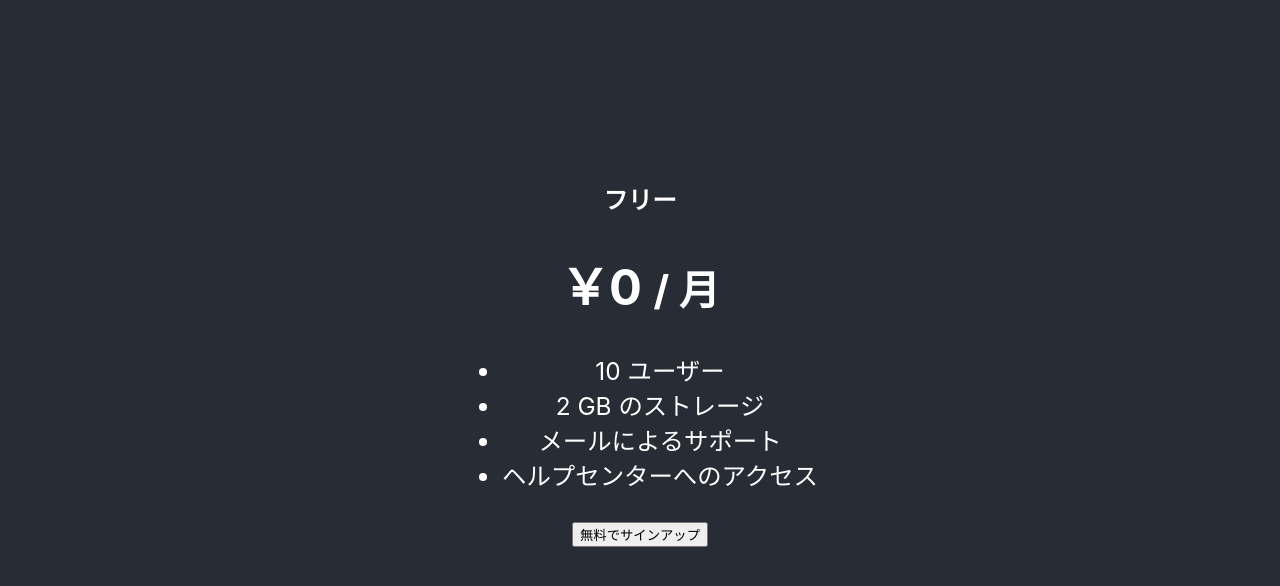
Repository: shotanobukuni/BooksManage
Page: / (app in frontend/app/)
The author's editor kept a copy of each file at every save. The page is drawn from the files as they stood at one save, then again after the next save.
The browser window is 1280 px wide. The pictures show the whole page.
The page's requests for data from a server got no answer. The project was rebuilt for these pictures with package versions that can differ from the ones it lists, and the page was loaded fresh each time. No one was signed in, and anything a server would have sent is missing.

Above is the page before, as saved 2021-02-23 22:23:43.

### frontend/app/src/App.js
import './App.css';
import BooskManageView from './components/BooskManageView';

function App() {
  return (
    <div className="App">
      <header className="App-header">
        <BooskManageView />
      </header>
    </div>
  );
}

export default App;

### frontend/app/src/components/BooskManageView.js
import React, {useState, useEffect} from 'react'
import axios from 'axios'

function BooskManageView() {
    // Get Books Data
    const [bookList, setBookList] = useState([])
    useEffect(() => {
        axios.get(`http://127.0.0.1:8000/api/books/`)
        .then(res => {setBookList(res.data)})
        console.log(bookList);
    }, [])
    return (
        <div>
            <div class="col">
      <div class="card mb-4 shadow-sm">
      <div class="card-header">
        <h4 class="my-0 fw-normal">フリー</h4>
      </div>
      <div class="card-body">
        <h1 class="card-title pricing-card-title">￥0 <small class="text-muted">/ 月</small></h1>
        <ul class="list-unstyled mt-3 mb-4">
          <li>10 ユーザー</li>
          <li>2 GB のストレージ</li>
          <li>メールによるサポート</li>
          <li>ヘルプセンターへのアクセス</li>
        </ul>
        <button type="button" class="w-100 btn btn-lg btn-outline-primary">無料でサインアップ</button>
      </div>
    </div>
    </div>
            <ul>
            {
                bookList.map(book => <li>
                    title : {book.title}
                    latest date : {book.updated_at}
                </li>)
            }
            </ul>
        </div>
    )
}

export default BooskManageView

Loaded but not shown: frontend/app/public/index.html (common file); frontend/app/src/index.js (common file); frontend/app/src/index.css (common file); frontend/app/src/reportWebVitals.js (common file); frontend/app/src/App.css (common file)

After the next save:
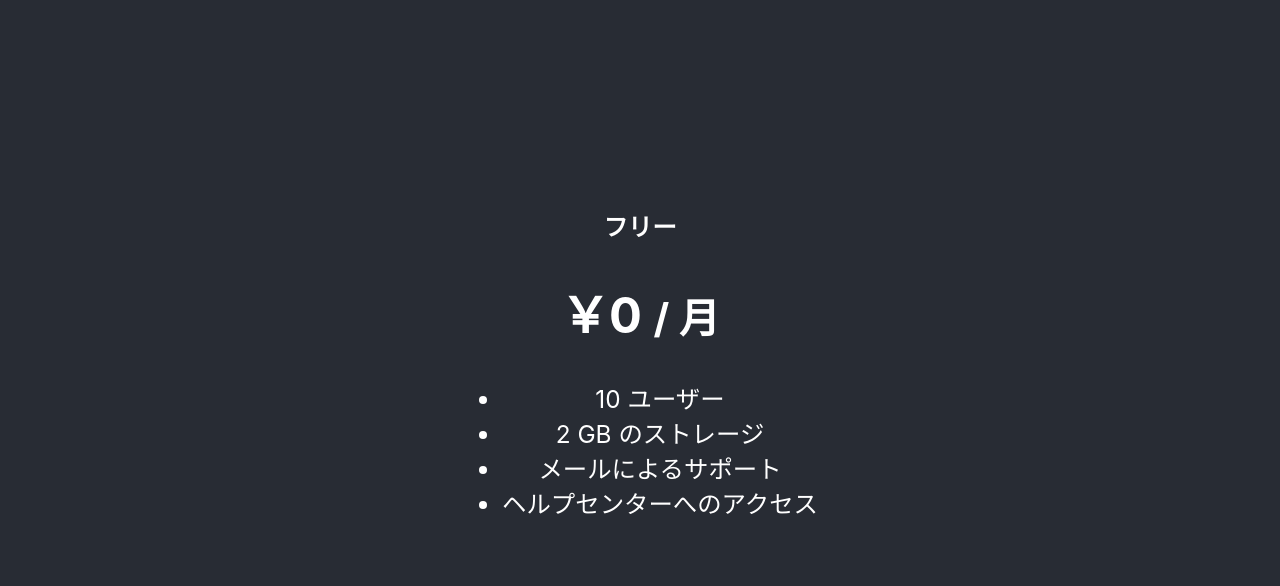
Saved 40 s later.
--- a/frontend/app/src/components/BooskManageView.js
+++ b/frontend/app/src/components/BooskManageView.js
@@ -24,7 +24,6 @@ function BooskManageView() {
           <li>メールによるサポート</li>
           <li>ヘルプセンターへのアクセス</li>
         </ul>
-        <button type="button" class="w-100 btn btn-lg btn-outline-primary">無料でサインアップ</button>
       </div>
     </div>
     </div>
